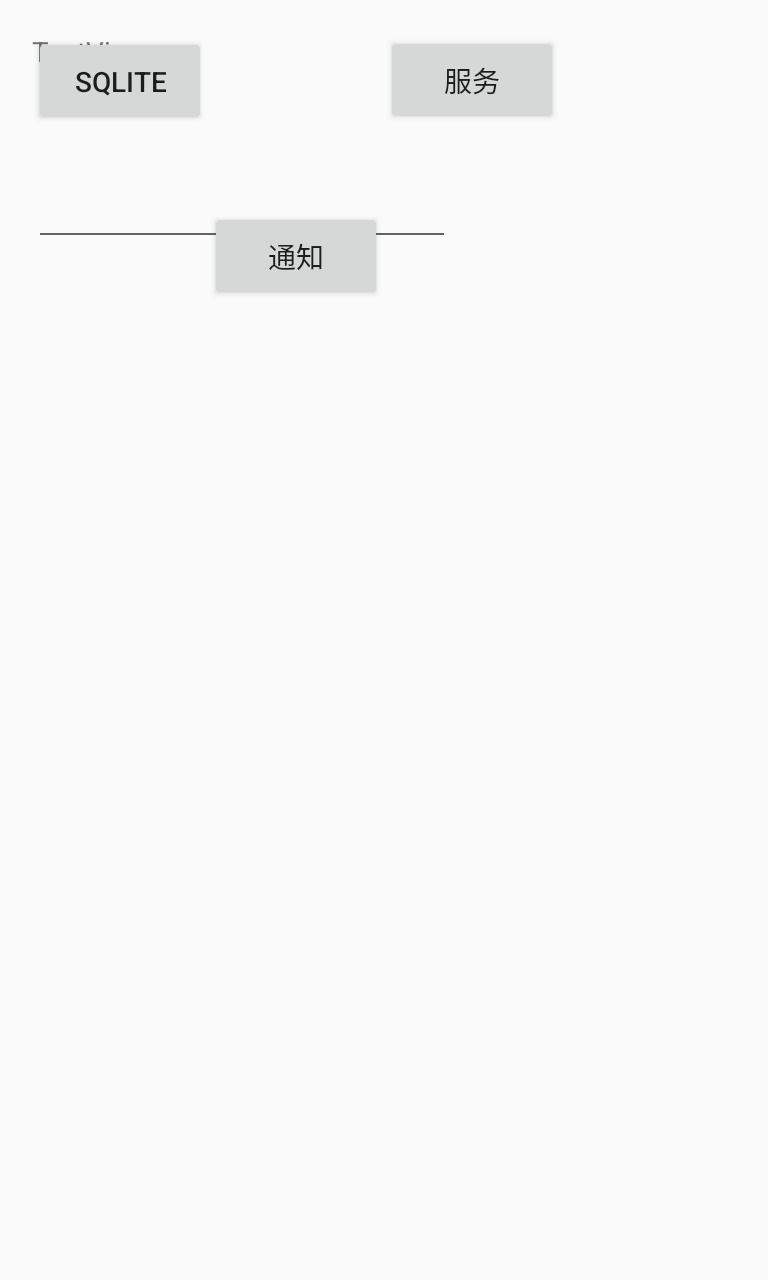
Repository: vampire08ms/Android_Project
Layout: Ring/res/layout/activity_main_activity1.xml
The author's editor kept a copy of each file at every save. The layout is drawn from the files as they stood at one save, then again after a run of saves.
It is drawn on a 768 x 1280 px phone screen (xhdpi) without system bars, with theme AppTheme; the app's code is not run.

Above is the layout before, as saved 2015-02-22 05:41:15.

After the next 2 saves:
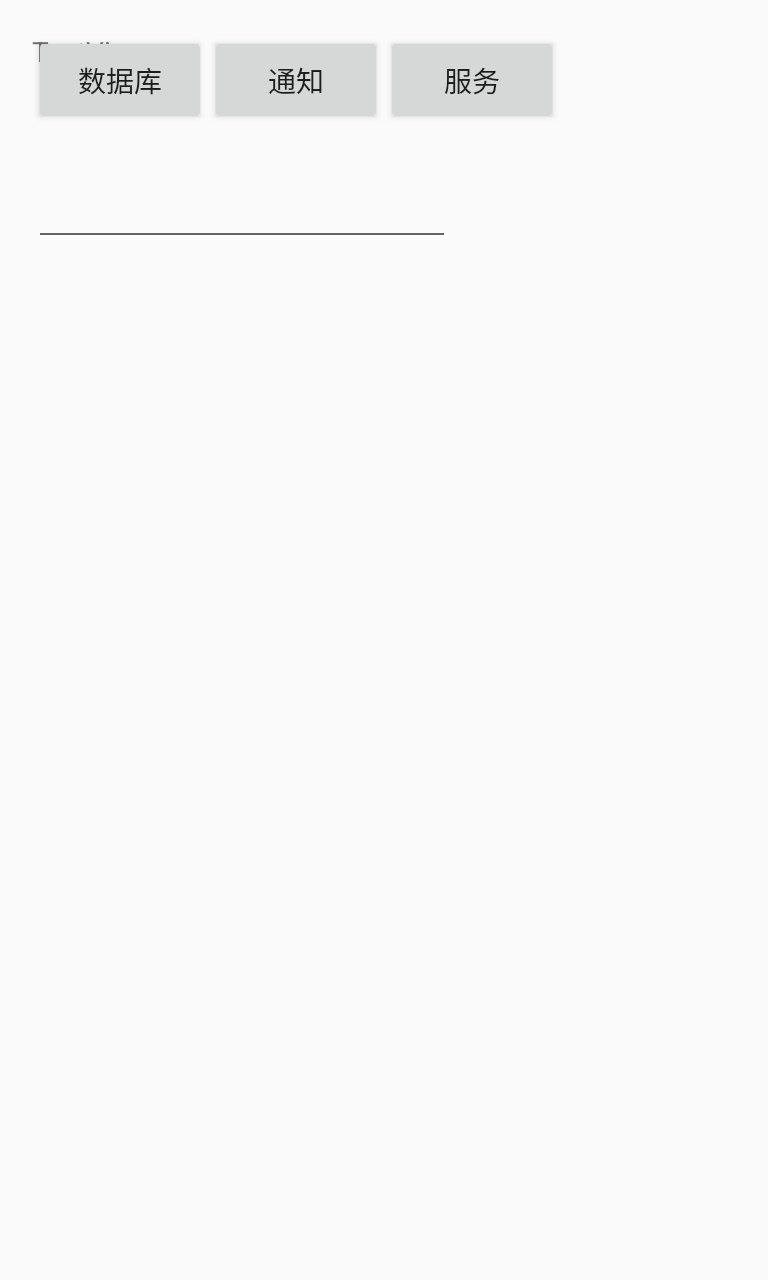
The 2 saves are shown as one change because they came seconds apart.
The last was saved 25 s later.
--- a/Ring/res/layout/activity_main_activity1.xml
+++ b/Ring/res/layout/activity_main_activity1.xml
@@ -34,13 +34,12 @@
             android:id="@+id/button2"
             android:layout_width="wrap_content"
             android:layout_height="wrap_content"
-            android:text="SQLite" />
+            android:text="数据库" />
 
         <Button
             android:id="@+id/button1"
             android:layout_width="wrap_content"
             android:layout_height="wrap_content"
-            android:layout_marginTop="88dp"
             android:text="通知" />
 
         <Button
